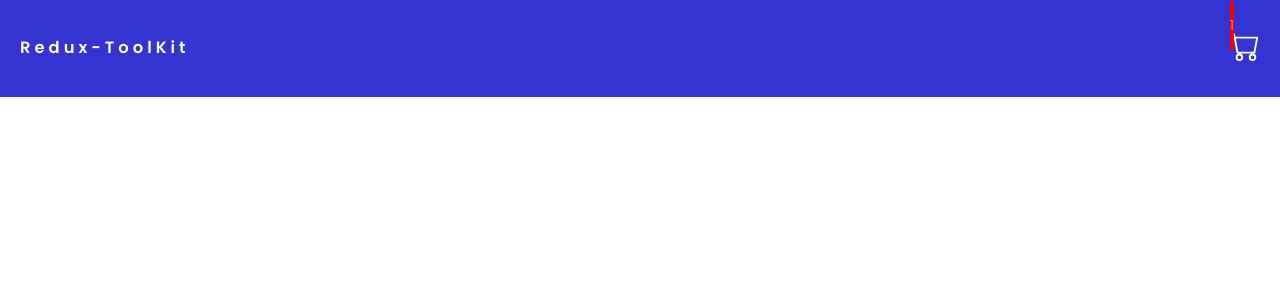
Repository: OmniaRafat232111121/shoppingCart
Page: /
An editor plug-in stored every save of this project. The page is shown before and after the next save, followed by the edit.
The browser window is 1280 px wide. The pictures show the whole page.
The project was rebuilt for these pictures with package versions that can differ from the ones it lists, and the page was loaded fresh each time. Also part of the build but not shown: src/App.css.

Above is the page before, as saved 2023-02-07 01:53:44.

After the next save:
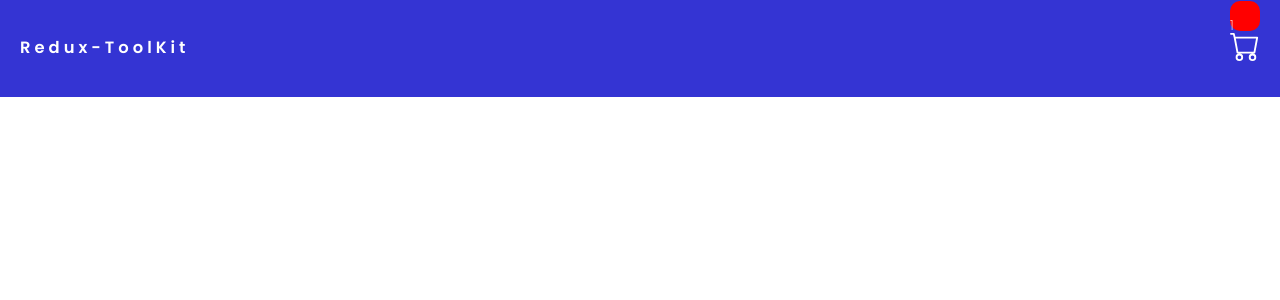
Saved 14 s later.
--- a/src/index.css
+++ b/src/index.css
@@ -33,4 +33,6 @@ nav{
   top:-30px;
   background-color: red;
   border-radius: 10px;
+  width:30px;
+  height:30px;
 }
